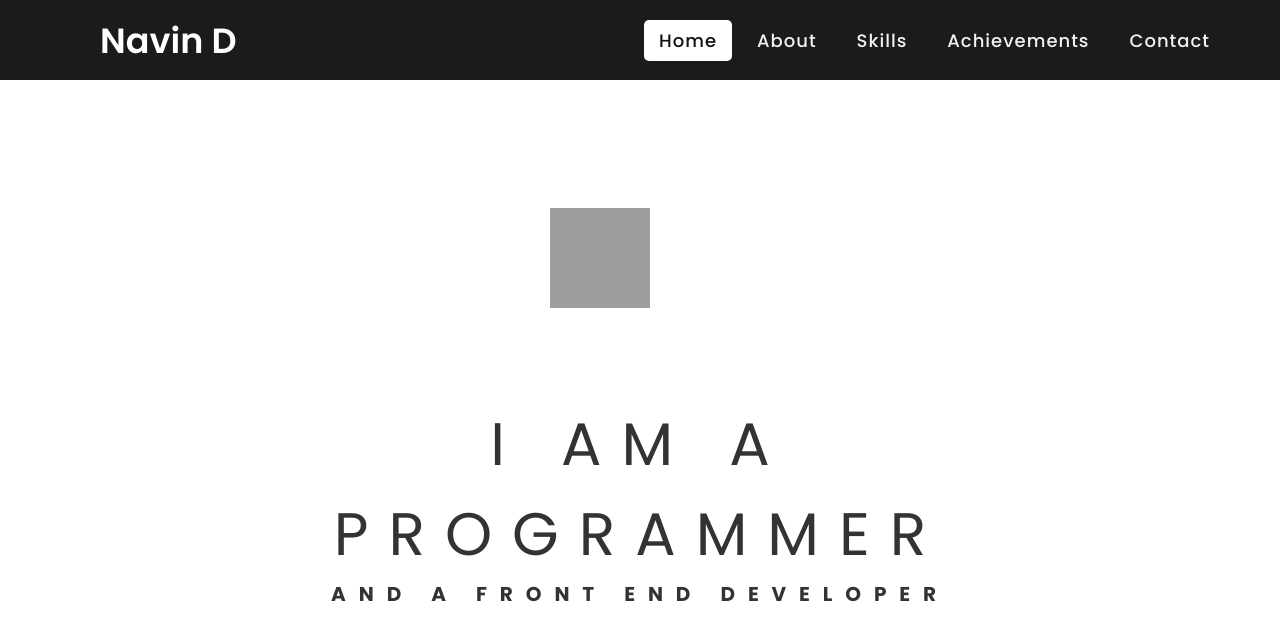
Repository: NavinDayanithi/OIBSIP
Page: Portfolio/index.html
An editor plug-in stored every save of this project. The page is shown before and after a run of saves, followed by the edit.
The browser window is 1280 px wide. The pictures show the whole page.
Pictures or frames that could not be fetched are drawn as grey boxes.

Above is the page before, as saved 2023-02-15 10:33:02.

After the next 4 saves:
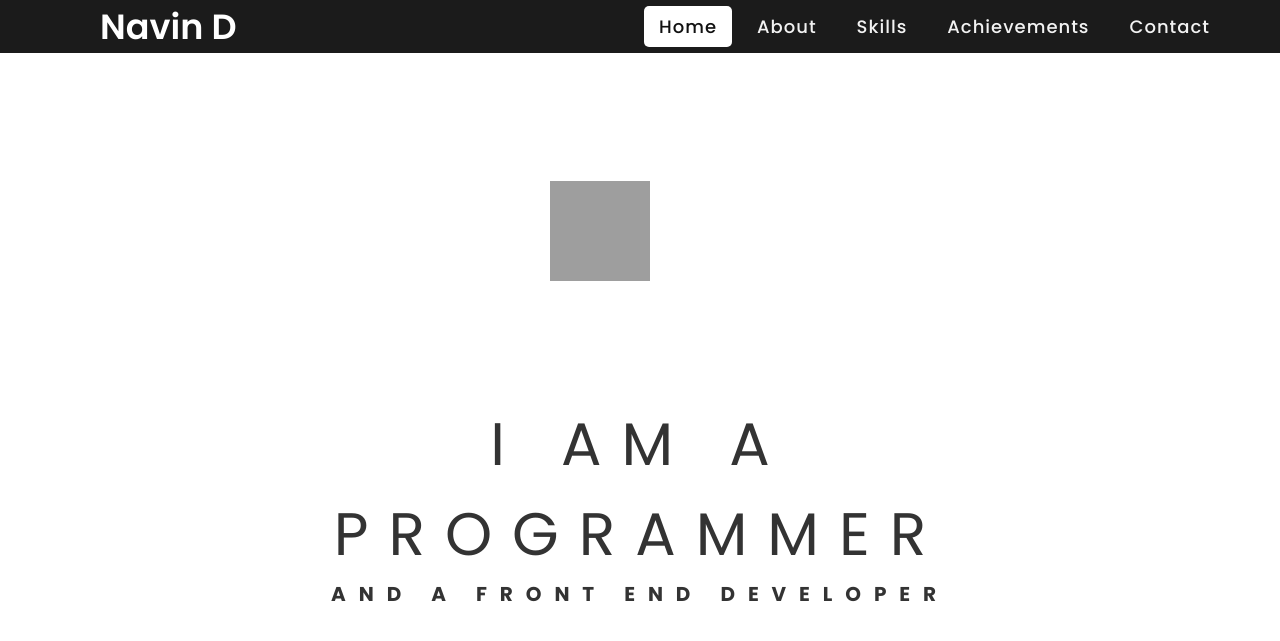
The 4 saves are shown as one change because they came seconds apart.
The last was saved 9 s later.
--- a/Portfolio/style.css
+++ b/Portfolio/style.css
@@ -7,7 +7,7 @@
 }
 nav{
   display: flex;
-  height: 80px;
+  height: auto;
   width: auto;
   background: #1b1b1b;
   align-items: center;
